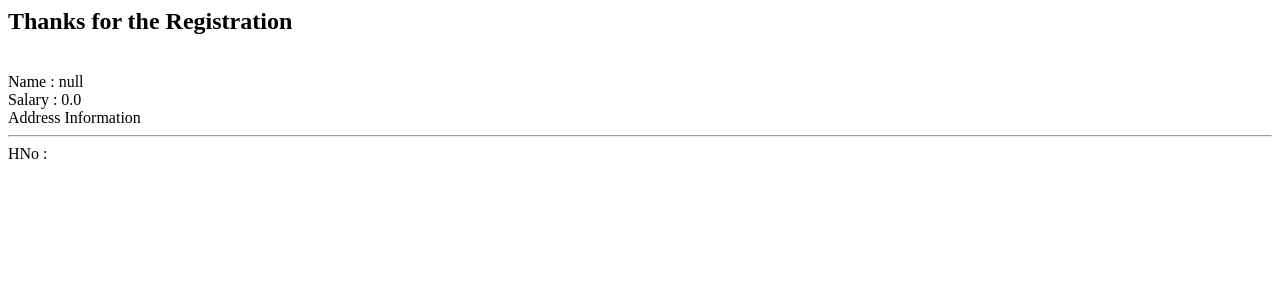
Repository: webutech/Java_Track
Page: http://localhost/JSPUseBeanMVCApplication/EmployeeJSPController.jsp
The author's editor kept a copy of each file at every save. The page is drawn from the files as they stood at one save, then again after the next save.
The browser window is 1280 px wide. The pictures show the whole page.
The page is served by Tomcat 9.

Above is the page before, as saved 2017-04-06 10:11:07.

After the next save:
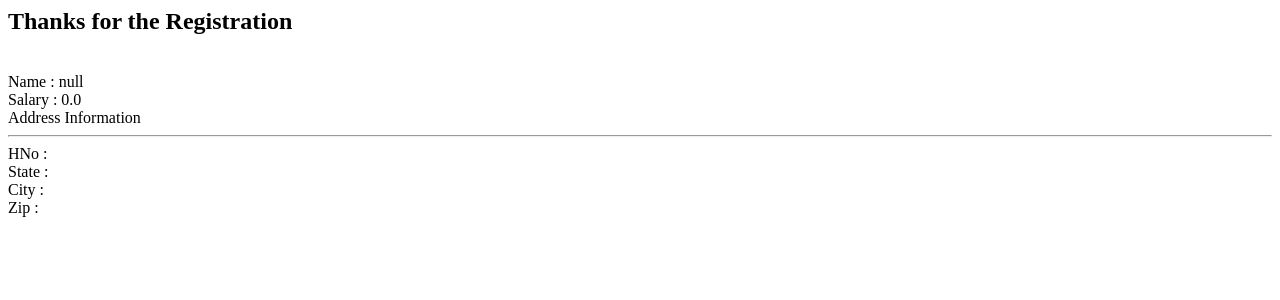
Saved 56 s later.
--- a/AdvJavaWS/JSPUseBeanMVCApplication/WebContent/employeeView.jsp
+++ b/AdvJavaWS/JSPUseBeanMVCApplication/WebContent/employeeView.jsp
@@ -4,3 +4,6 @@ Name :  <jsp:getProperty property="name" name="employee"/><br>
 Salary :  <jsp:getProperty property="salary" name="employee"/><br>
 Address Information <br><hr>
 HNo : ${employee.address.hno}<br>
+State : ${employee.address.state}<br>
+City : ${employee.address.city}<br>
+Zip : ${employee.address.zip}<br>
